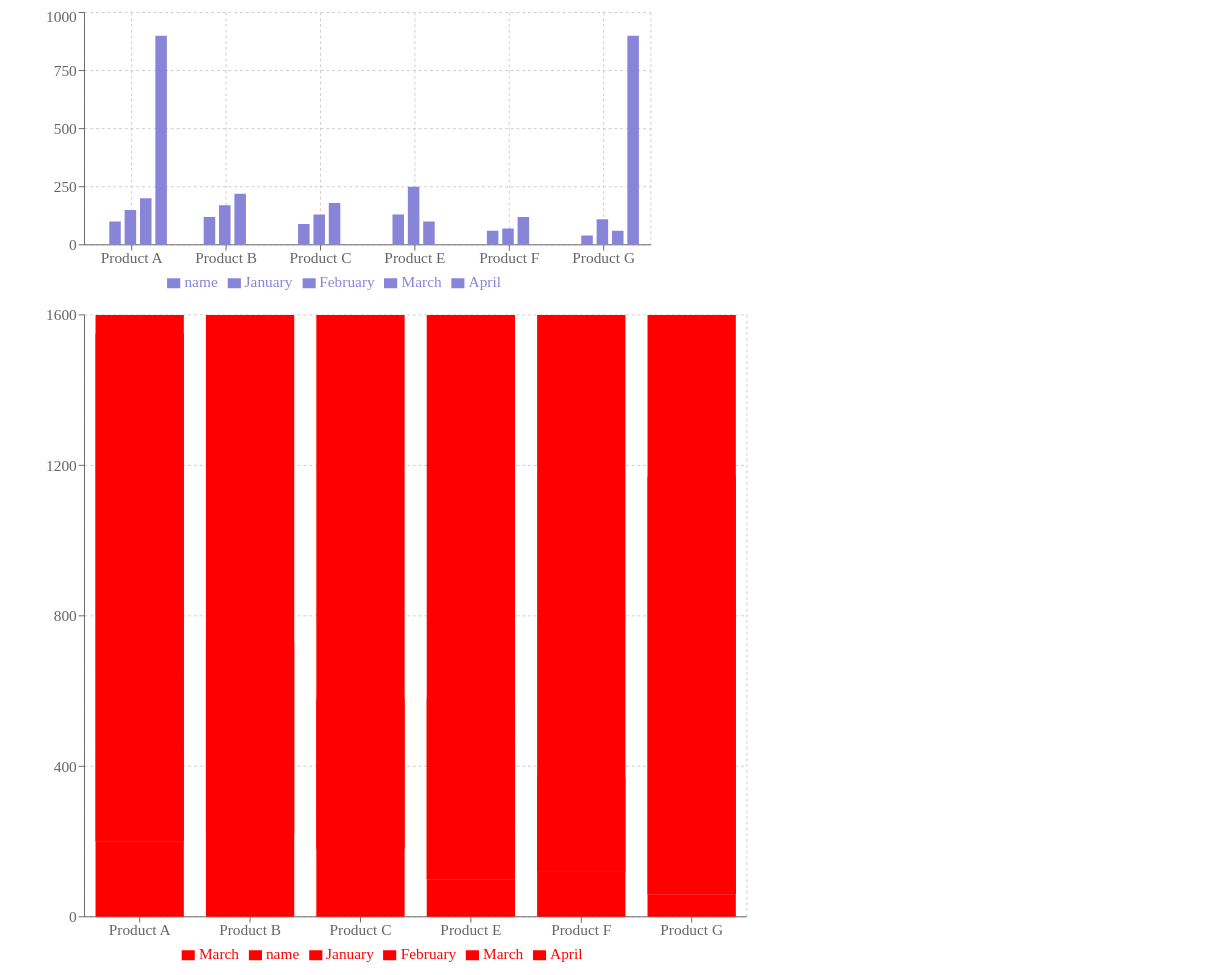
Repository: sagarjain738/test
Page: /
An editor plug-in stored every save of this project. The page is shown before and after the next save, followed by the edit.
The browser window is 1280 px wide. The pictures show the whole page, at 96% of full size.
The project was rebuilt for these pictures with package versions that can differ from the ones it lists, and the page was loaded fresh each time. Also part of the build but not shown: vite.config.js, src/App.css, src/components/PieChart.jsx, src/components/Table.jsx, src/index.css.

Above is the page before, as saved 2024-01-20 23:22:12.

After the next save:
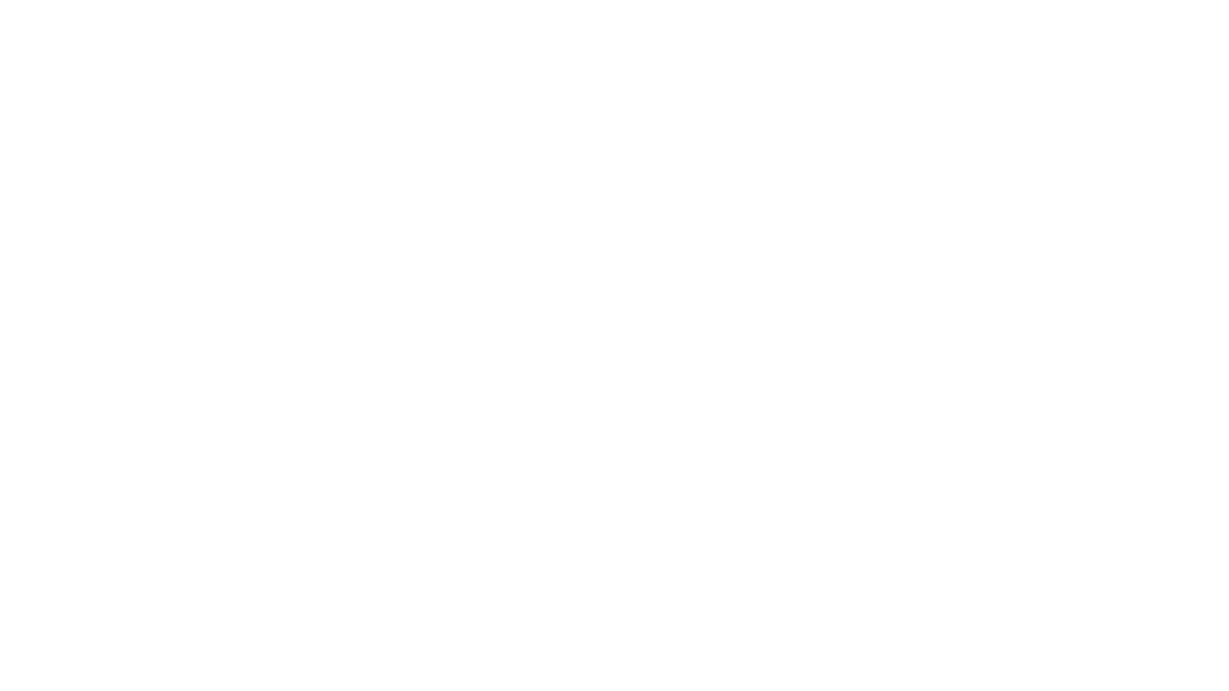
Console error: TypeError: monthNames.unshift(...).map is not a function
Saved 112 s later.
--- a/src/components/FirstChart.jsx
+++ b/src/components/FirstChart.jsx
@@ -27,7 +27,7 @@
       <YAxis />
       <Tooltip />
       <Legend />
-      {monthNames.map((month) => (
+      {monthNames.unshift().map((month) => (
         <Bar
           key={month}
           dataKey={month}

After the save that followed:
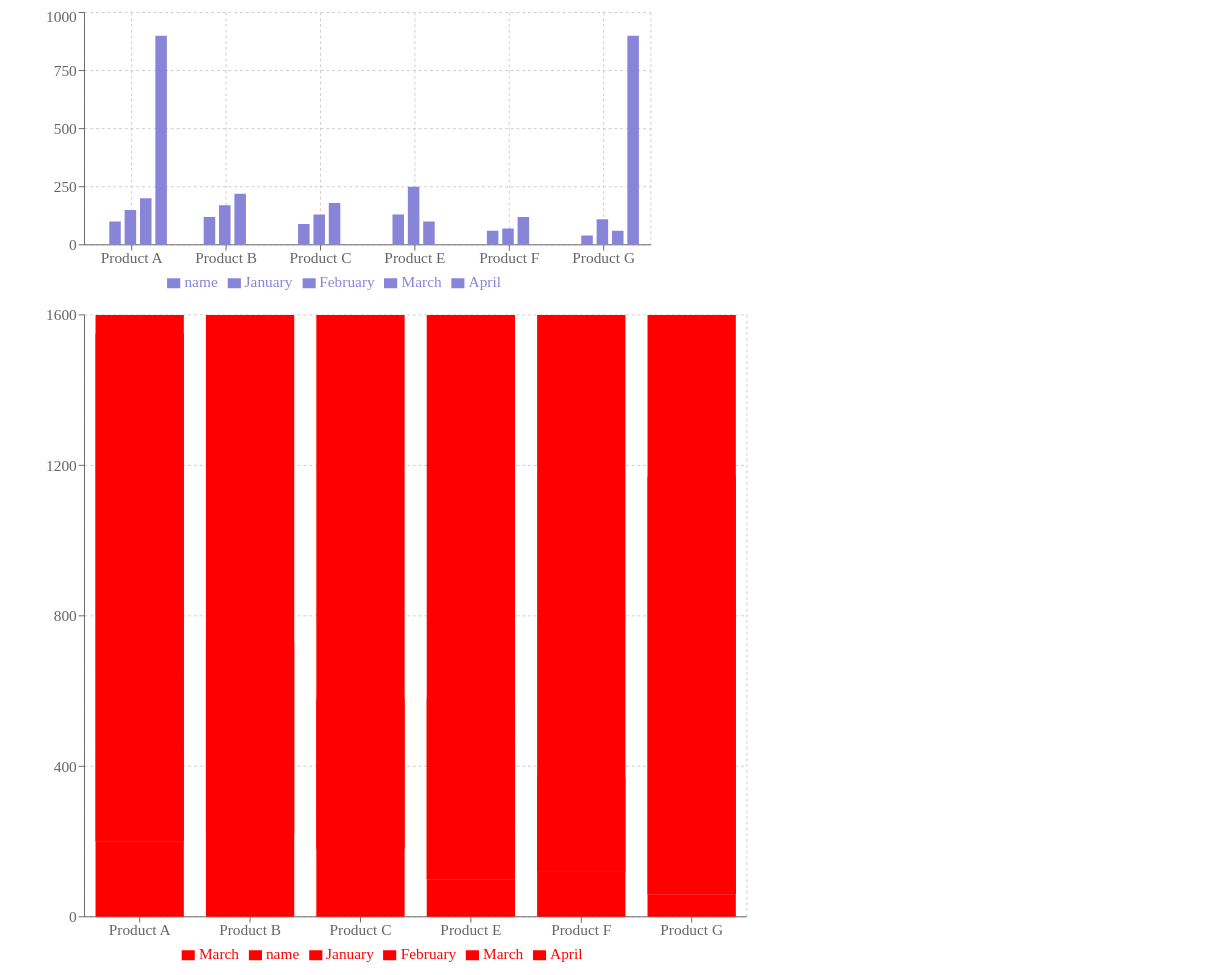
The error is gone.
Saved 7 s later.
--- a/src/components/FirstChart.jsx
+++ b/src/components/FirstChart.jsx
@@ -27,7 +27,7 @@
       <YAxis />
       <Tooltip />
       <Legend />
-      {monthNames.unshift().map((month) => (
+      {monthNames.map((month) => (
         <Bar
           key={month}
           dataKey={month}
